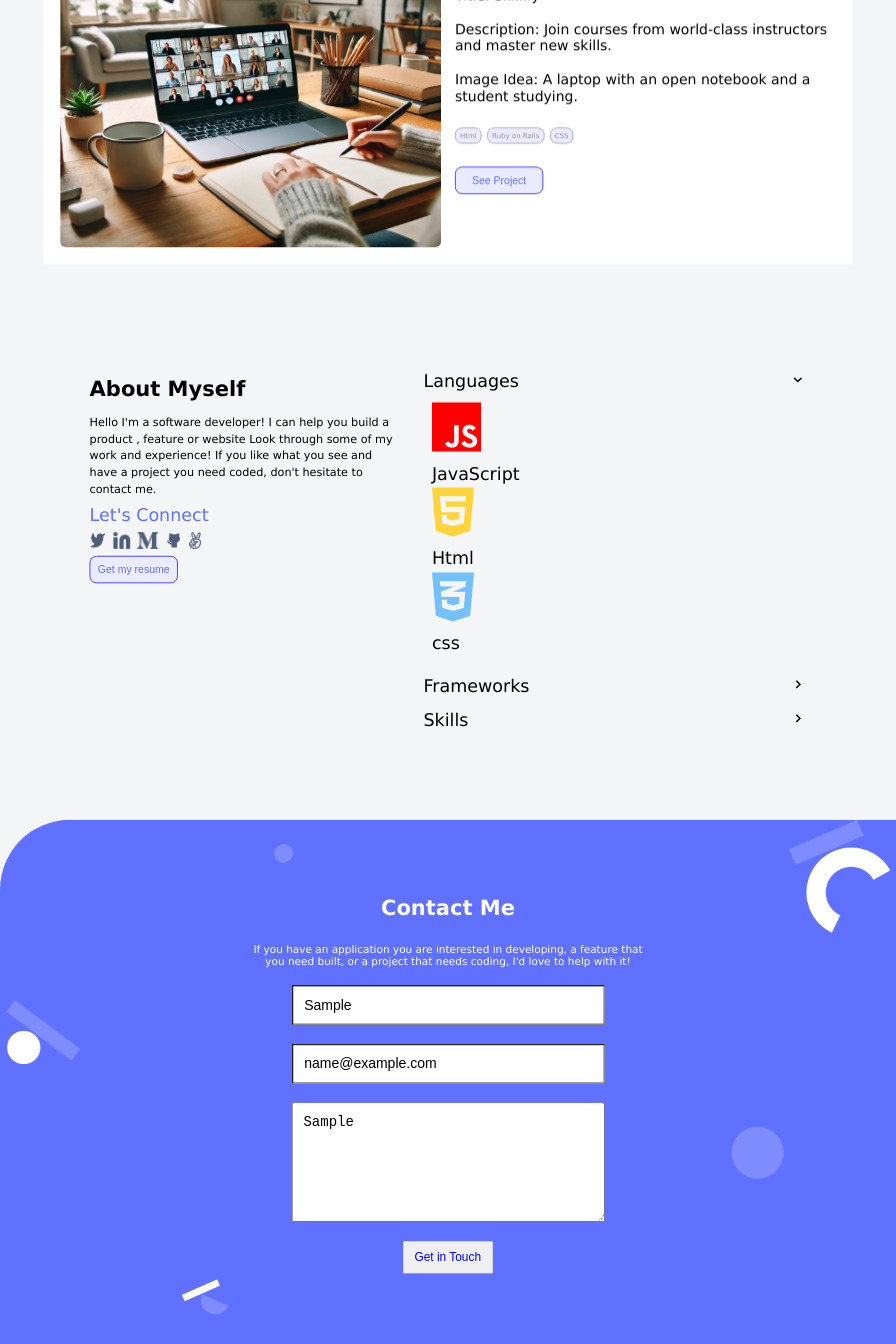
Repository: usman3123/portfolio-template-3
Page: index.html
An editor plug-in stored every save of this project. The page is shown before and after the next save, followed by the edit.
The browser window is 1280 px wide. The pictures show the part of the page from y = 2903 to 4823 px (the page is 4823 px tall before and 4613 px after), at 70% of full size.
Empty fields were first filled with sample values (such as "Sample", 5 or name@example.com).
After loading, the first visible `i.bx` was clicked once.
Some web libraries are served in a nearby version.

Above is the page before, as saved 2025-02-19 19:08:03.

### index.html
<!DOCTYPE html>
<html lang="en">
<head>
  <meta charset="UTF-8">
  <meta name="viewport" content="width=device-width, initial-scale=1.0">
  <title>project 2</title>
  <link rel="stylesheet" href="style.css">
  <link href='https://unpkg.com/boxicons@2.1.4/css/boxicons.min.css' rel='stylesheet'>
  <link rel="stylesheet" href="https://cdnjs.cloudflare.com/ajax/libs/font-awesome/6.6.0/css/all.min.css" integrity="sha512-Kc323vGBEqzTmouAECnVceyQqyqdsSiqLQISBL29aUW4U/M7pSPA/gEUZQqv1cwx4OnYxTxve5UMg5GT6L4JJg==" crossorigin="anonymous" referrerpolicy="no-referrer" />
  <link rel="stylesheet" href="https://cdnjs.cloudflare.com/ajax/libs/font-awesome/6.6.0/css/all.min.css" integrity="sha512-Kc323vGBEqzTmouAECnVceyQqyqdsSiqLQISBL29aUW4U/M7pSPA/gEUZQqv1cwx4OnYxTxve5UMg5GT6L4JJg==" crossorigin="anonymous" referrerpolicy="no-referrer" />

  <link rel="stylesheet" href="https://cdnjs.cloudflare.com/ajax/libs/font-awesome/6.7.2/css/all.min.css">
  <link rel="preconnect" href="https://fonts.googleapis.com">
<link rel="preconnect" href="https://fonts.gstatic.com" crossorigin>
<link href="https://fonts.googleapis.com/css2?family=Poppins:ital,wght@0,100;0,200;0,300;0,400;0,500;0,600;0,700;0,800;0,900;1,100;1,200;1,300;1,400;1,500;1,600;1,700;1,800;1,900&display=swap" rel="stylesheet">
</head>

<body>
<div class="herostyle"></div>
  <section class="wholebody">
    <section class="webpage">
      <!-- Navbar -->

    <div class="hero-page">
      <div class="header-div">
        <nav class="nav-bar flex">
            <h4 class="nav-heading">My Logo</h4>
            <div class="nav-links flex">
                <a  class="link">Portfolio</a>
                <a href="#myabout" class="link">About</a>
                <a href="#mycontact" class="link" >Contact</a>
            </div>
            <i class="fa-solid fa-light fa-bars fa-xl nav-icon" id="nav-icon"></i>
        </nav>
    </div>

      <!-- Main Content -->
      <section id="myportfolio" class="hero-section flex">
        <div class="hero-content flex">
            <h1 class="hero-head"> I'm USMAN!
              Glad to see you.
          </h1>
          <p class="hero-p">
            I'm a software developer! I can help you build a product , feature or website Look through  some of my work and experience! If you like what you see and have a project you need coded, don’t hesitate to contact me.
          </p>
        <p class="let-connect"> LET'S CONNECT</p>

          <div class="icons flex">
              <img src="/assets/twitter.png" class="media-icon">
              <img src="assets/Linkedin.png" class="media-icon">
              <img src="assets/M.png" class="media-icon">
              <img src="assets/Github.png" class="media-icon">
              <img src="assets/V.png" class="media-icon">
          </div>
        </div>
      </section>

    </div>
      <!-- Cards Section -->

      <div class="overlay">
        <section class="cards flex">

        </section>

      </div>

      <!-- ABOUT MYSELF -->

      <section id="myabout" class="about flex">

        <div class="about-intro flex">
          <h1 class="about-head">About Myself</h1>
          <p class="about-paragraph">Hello I'm a software developer! I can help you build a product , feature or website Look through some of my work and experience! If you like what you see and have a project you need coded, don't hesitate to contact me.</p>
            <p class="connect">Let's Connect</p>
            <div class="icons flex icon-gap">
              <img src="assets/twitter.png" class="twitter">
              <img src="assets/Linkedin.png" class="inimage">
              <img src="assets/M.png" class="mimage">
              <img src="assets/Github.png" class="tomimage">
              <img src="assets/V.png" class="protocol">
          </div>
          <button class="content-btn rsm-btn"> Get my resume</button>
        </div>

        <div class="about-skills flex">
          <div class="clicker">
            <div class="about-all flex">
              <p>Languages</p>
              <i class='bx bx-chevron-down remove downicon'></i>
              <i class='bx bx-chevron-right  language-icon'></i>
            </div>
            <div class="about-lang flex">
              <div class="about-lang-img flex">
                <i class="fa-brands fa-js sty-i" style="color: #ff0000;"></i>
                <p>JavaScript</p>
              </div>
              <div class="about-lang-img flex">
                <i class="fa-brands fa-html5 sty-i" style="color: #FFD43B;"></i>
                <p>Html</p>

              </div>
              <div class="about-lang-img flex">
                <i class="fa-brands fa-css3-alt sty-i" style="color: #74C0FC;"></i>
                <p>css</p>
              </div>
            </div>
          </div>
          <div class="about-all flex">
            <p> Frameworks</p>
            <i class='bx bx-chevron-right'></i>
          </div>
          <div class="about-all flex">
            <p>Skills</p>
            <i class='bx bx-chevron-right'></i>
            </div>
            </div>
      </section>


      <!-- Contact section -->

        <section id="mycontact" class="contact-section flex">
        <h1 class="contact-heading">Contact Me</h1>
        <p class="contact-description flex">
            If you have an application you are interested in developing, a feature that you need built, or a project that needs coding, I'd love to help with it!
        </p>
        <form class="contact-form flex">
            <input class="form-input" type="text" placeholder="Your Name">
            <input class="form-input" type="email" placeholder="Your Email">
            <textarea class="form-message" placeholder="Write your message here..."></textarea>
            <button class="form-button flex">Get in Touch</button>
        </form>

    </section>
    </section>

  </section>
  <div class="container"></div>
<script src="index.js"></script>
</body>
</html>

### index.js
arr = [
    {
        img : "/assets/card-1img.webp",
        h2 : "Technology Blog",
        paragraph1 : "Title :Innovating the Future",
        p_description : "Description: Explore groundbreaking advancements in AI and robotics shaping tomorrow.",
        paragraph2 :"Image Idea: A futuristic image showing AI robots collaborating with humans.",
        lang1 : "Html",
        lang2 : "CSS",
        lang3 : "JavaScript",
        lang5 : "Boot Strap",
        button : "See Project",
        year : "2023",
        cardimg : "/assets/card-1img.webp"
    },
    {
        img : "/assets/card-2img.webp",
        h2 : "Photography Portfolio",
        paragraph1 : "Title: Lens Stories",
        p_description : "Description: A collection of awe-inspiring moments captured around the globe.",
        paragraph2 :"Image Idea: A scenic view of mountains or a person with a camera.",
        lang1 : "Html",
        lang2 :"Ruby on Rails",
        lang3 : "CSS",
        lang4 : "JavaScript",
        lang5 : "Boot Strap",
        button : "See Project",
        year : "2024",
        cardimg :"/assets/card-2img.webp"
    },
    {
        img : "/assets/card-3img.webp",
        h2 : "Fitness App",
        paragraph1 : "Title: oveSmart",
        p_description :"Description: Your companion for tracking workouts and achieving fitness goals.",
        paragraph2 :"Image Idea: A person jogging with fitness metrics displayed.",
        lang1 : "Html",
        lang2 :"Ruby on Rails",
        lang3 : "CSS",
        lang4 : "JavaScript",
        lang5 : "Boot Strap",
        button : "See Project",
        year : "2025",
        cardimg : "/assets/card-3img.webp"
    },
    {
        img : "/assets/card-4img.webp" ,
        h2 : "Online Learning",
        paragraph1 : "Title: Skillify",
        p_description : "Description: Join courses from world-class instructors and master new skills.",
        paragraph2 :"Image Idea: A laptop with an open notebook and a student studying.",
        lang1 : "Html",
        lang2 :"Ruby on Rails",
        lang3 : "CSS",
        lang4 : "JavaScript",
        lang5 : "Boot Strap",
        button : "See Project",
        year : "2025",
        cardimg :"/assets/card-4img.webp"
    }
];
const body = document.querySelector("body");
const overlay = document.querySelector(".overlay");
const herooverlay = document.querySelector(".herostyle");
const bodyy = document.querySelector(".wholebody");


document.addEventListener("DOMContentLoaded",()=> {
  const cards = document.querySelector(".cards");
  const bodyy = document.querySelector(".wholebody");

  arr.forEach((element) => {
      cards.innerHTML += `<div class="card flex">
        <img class="card-img" src= ${element.img} alt="CARD_!_IMG">
        <div class="card-content flex">
          <h2 class="card-head">${element.h2}</h2>
          <p class="content-p">${element.paragraph1}</p>
          <p class="content-sp">${element.p_description}</p>
          <p class="content-p">${element.paragraph2}</p>
          <div class="languages flex">
            <p class="lang">${element.lang1}</p>
            <p class="lang">${element.lang2}</p>
            <p class="lang">${element.lang3}</p>
          </div>
          <button id = "cardbtn" class="content-btn">${element.button}</button>
        </div>
      </div>
  `
  });
  document.querySelectorAll("#cardbtn").forEach((btn, index) => {
    btn.addEventListener("click", () => {
      popup(arr[index]);
      bodyy.classList.add("blur");
      document.querySelector(".inner-container").classList.add("style");
      document.querySelector(".container").style.display = "block";
    });
  });
  function popup(element) {
    const popup = document.querySelector(".container");
      popup.innerHTML =
        `<div class="inner-container">
      <div class="icon-head flex">
          <h2 class="heading flex">${element.h2}</h2>
          <i class="fa-solid fa-x" id = "close-popup" ></i>
      </div>
      <div class="languages flex">
          <p class="lang">Canopy</p>
          <p class="lang">Back End Dev</p>
          <p class="lang">${element.year}</p>
      </div>
      <img src= ${element.cardimg} class="wrapimg">
      <div class="languages flex">
          <p class="lang">${element.lang1}</p>
          <p class="lang">${element.lang5}</p>
          <p class="lang">${element.lang2}</p>
      </div>

      <div class="paragraph">
          <p class="p1">${element.paragraph1}</p>
          <p class="p2">${element.p_description}</p>
          <p class="p3">${element.paragraph2}</p>
      </div>

      <div class="buttons flex">
          <div class="livebtn flex">
              <p>See live</p>
              <img src="/assets/Icon - Export.svg" class="btnimg">
          </div>
          <div class="sourcebtn flex">
              <p>See source</p>
              <img src="/assets/Icon -GitHub.png" class="btnimg">
          </div>
      </div>

      </div>`;

      document.querySelector("#close-popup").addEventListener("click", () => {
        popup.style.display = "none";
        bodyy.classList.remove("blur");
      });
    }

    const navicon = document.querySelector(".nav-icon");

    navicon.addEventListener("click",(e)=> {
      herooverlay.classList.add("overlaystyle")
      herooverlay.style.display = "block"
      herooverlay.innerHTML = `
      <i class="fa-solid fa-x" id= "closepopup" ></i>
      <div class = "links-after-click">
        <p><a class = "link" href="#myportfolio" >Portfolio</a></p>
        <p><a class = "link" href="#myabout">About</a></p>
        <p><a class = "link" href="#mycontact">Contact</a></p>
      </div>`
      const closeoverlay = document.querySelector("#closepopup");
      closeoverlay.addEventListener("click",() => {
        herooverlay.classList.remove("overlaystyle");
        herooverlay.style.display = "none"
      })
    })
    const langicon = document.querySelector(".language-icon")
    langicon.addEventListener("click",()=> {
      const langdisplay = document.querySelector(".about-lang")
      langdisplay.classList.add("block")
      langicon.classList.add("remove")
      const downicon = document.querySelector(".downicon")
      downicon.classList.add("remove")
    })
    langicon.addEventListener("click",()=> {
      const langdisplay = document.querySelector(".about-lang")
      langdisplay.classList.add("remove")
      langicon.classList.add("remove")
      const downicon = document.querySelector(".downicon")
      downicon.classList.add("block")
    })
  })

















{/* <div class="inner-container">
<div class="icon-head flex">
    <h2 class="heading flex">Tonic</h2>
    <i class="fa-solid fa-x" ></i>
</div>
<div class="languages flex">
    <p class="lang">Canopy</p>
    <p class="lang">Back End Dev</p>
    <p class="lang">2015</p>
</div>
<img src="/assets/Snapshoot Portfolio.png" class="wrapimg">
<div class="languages flex">
    <p class="lang">HTML</p>
    <p class="lang">Bootstrap</p>
    <p class="lang">Ruby on rails</p>
</div>

<div class="paragraph">
    <p class="p1">Lorem Ipsum is simply dummy text of the printing and typesetting industry. Lorem Ipsum has been the industry's standard dummy text ever since the 1500s, when an unknown printer took a galley of type and scrambled it 1960s.</p>
    <p class="p2">Lorem Ipsum is simply dummy text of the printing and typesetting industry. Lorem Ipsum has been the industry's standard dummy text ever since the 1500s, when an unknown printer took a galley of type and scrambled it 1960s with the releax map lapora verita.</p>
    <p class="p3">Lorem Ipsum is simply dummy text of the printing and typesetting industry. Lorem Ipsum has been the industry's standard dummy text ever since the 1500s, when an unknown printer took a galley of type and scrambled it to make a type specimen book. It has survived not only five centuries, but also the leap into electronic typesetting, remaining essent</p>
</div>

<div class="buttons flex">
    <div class="livebtn flex">
        <p>See live</p>
        <img src="/assets/Icon - Export.svg" class="btnimg">
    </div>
    <div class="sourcebtn flex">
        <p>See source</p>
        <img src="/assets/Icon -GitHub.png" class="btnimg">
    </div>
</div>

</div>
 */}














/* <div class="card flex">
      <img class="card-img" src="/assets/card-1img.webp" alt="CARD_!_IMG">
      <div class="card-content flex">
        <h2 class="card-head">Technology Blog</h2>
        <p class="content-p">Title: "Innovating the Future"</p>
        <p class="content-sp">Description: "Explore groundbreaking advancements in AI and robotics shaping tomorrow."</p>
        <p class="content-p">Image Idea: A futuristic image showing AI robots collaborating with humans.</p>
        <div class="languages flex">
          <p class="lang">Html</p>
          <p class="lang">CSS</p>
          <p class="lang">JavaScript</p>
        </div>
        <button class="content-btn">See Project</button>
      </div>
    </div>
    <div class="card flex">
      <img class="card-img" src="/assets/card-2img.webp" alt="CARD_!_IMG">
      <div class="card-content flex">
        <h2 id="photo-head">Photography Portfolio</h2>
        <p class="content-p">Title: "Lens Stories"<p>
        <p class="content-sp">Description: "A collection of awe-inspiring moments captured around the globe."</p>
        <p class="content-p">Image Idea: A scenic view of mountains or a person with a camera.
        </p>
        <div class="languages flex">
          <p class="lang">Html</p>
          <p class="lang">Ruby on Rails</p>
          <p class="lang">CSS</p>
          <p class="lang">JavaScript</p>
        </div>
        <button class="content-btn">See Project</button>
      </div>
    </div>
    <div class="card flex">
      <img class="card-img" src="/assets/card-3img.webp" alt="CARD_!_IMG">
      <div class="card-content flex">
        <h2 class="card-head">Fitness App</h2>
        <p class="content-p">Title: "MoveSmart"<p>
        <p class="content-sp">Description: "Your companion for tracking workouts and achieving fitness goals."</p>
        <p class="content-p">Image Idea: A person jogging with fitness metrics displayed.</p>
        <div class="languages flex">
          <p class="lang">Html</p>
          <p class="lang">Ruby on Rails</p>
          <p class="lang">CSS</p>
          <p class="lang">JavaScript</p>
        </div>
        <button class="content-btn">See Project</button>
      </div>
    </div>
    <div class="card flex">
      <img class="card-img" src="/assets/card-4img.webp" alt="CARD_!_IMG">
      <div class="card-content flex">
        <h2 class="card-head">Online Learning</h2>
        <p class="content-p">Title: "Skillify"p>
        <p class="content-sp">Description: "Join courses from world-class instructors and master new skills."</p>
        <p class="content-p">Image Idea: A laptop with an open notebook and a student studying.</p>
        <div class="languages flex">
          <p class="lang">Html</p>
          <p class="lang">Ruby on Rails</p>
          <p class="lang">CSS</p>
          <p class="lang">JavaScript</p>
        </div>
        <button class="content-btn">See Project</button>
      </div>
    </div> */

Loaded but not shown: style.css (609 lines, source omitted)

After the next save:
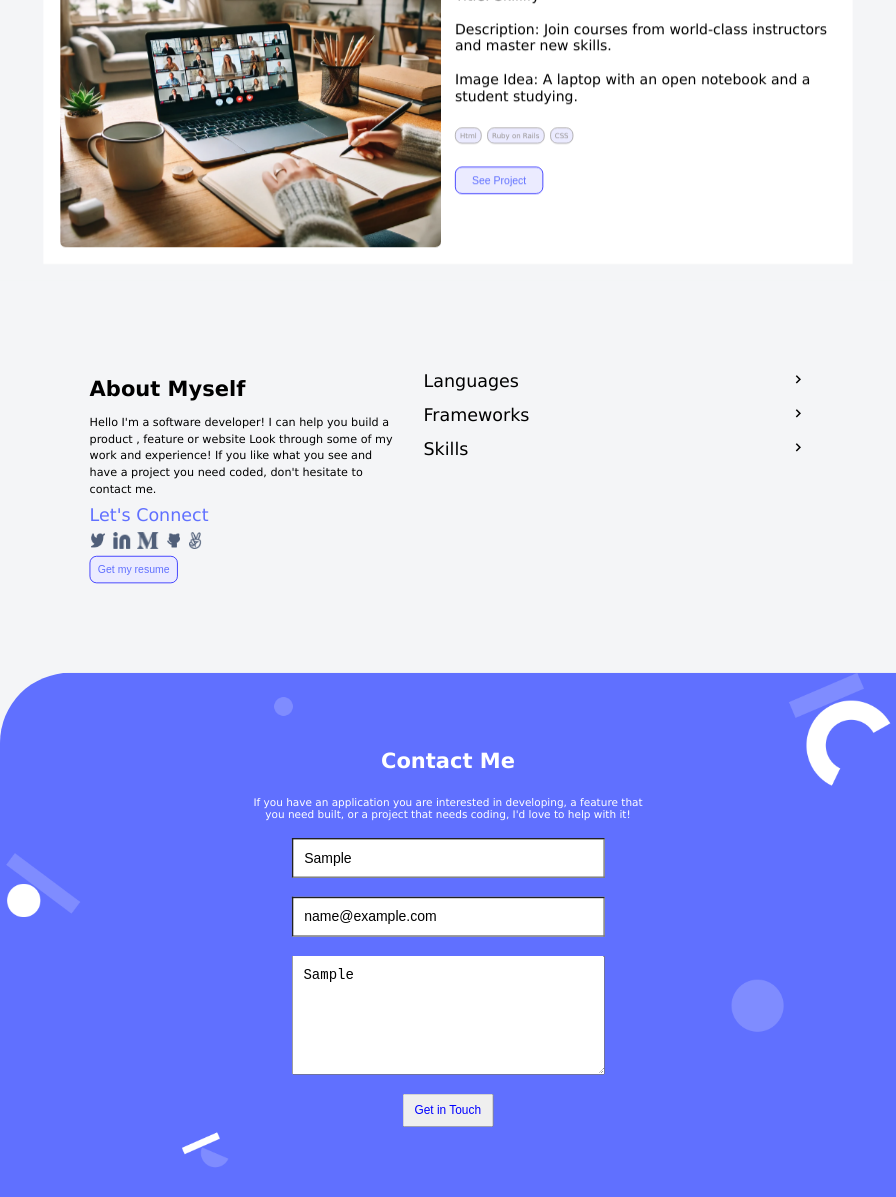
Console error: ReferenceError: langdisplay is not defined
Saved 10 min 3 s later.
--- a/index.js
+++ b/index.js
@@ -159,20 +159,12 @@
       })
     })
     const langicon = document.querySelector(".language-icon")
-    langicon.addEventListener("click",()=> {
-      const langdisplay = document.querySelector(".about-lang")
-      langdisplay.classList.add("block")
-      langicon.classList.add("remove")
-      const downicon = document.querySelector(".downicon")
-      downicon.classList.add("remove")
-    })
-    langicon.addEventListener("click",()=> {
-      const langdisplay = document.querySelector(".about-lang")
-      langdisplay.classList.add("remove")
-      langicon.classList.add("remove")
-      const downicon = document.querySelector(".downicon")
-      downicon.classList.add("block")
-    })
+    langicon.addEventListener("click", () => {
+      langdisplay.classList.toggle("block");
+      langicon.classList.toggle("remove");
+      downicon.classList.toggle("remove");
+      downicon.classList.toggle("block");
+  });
   })
 
 

After the save that followed:
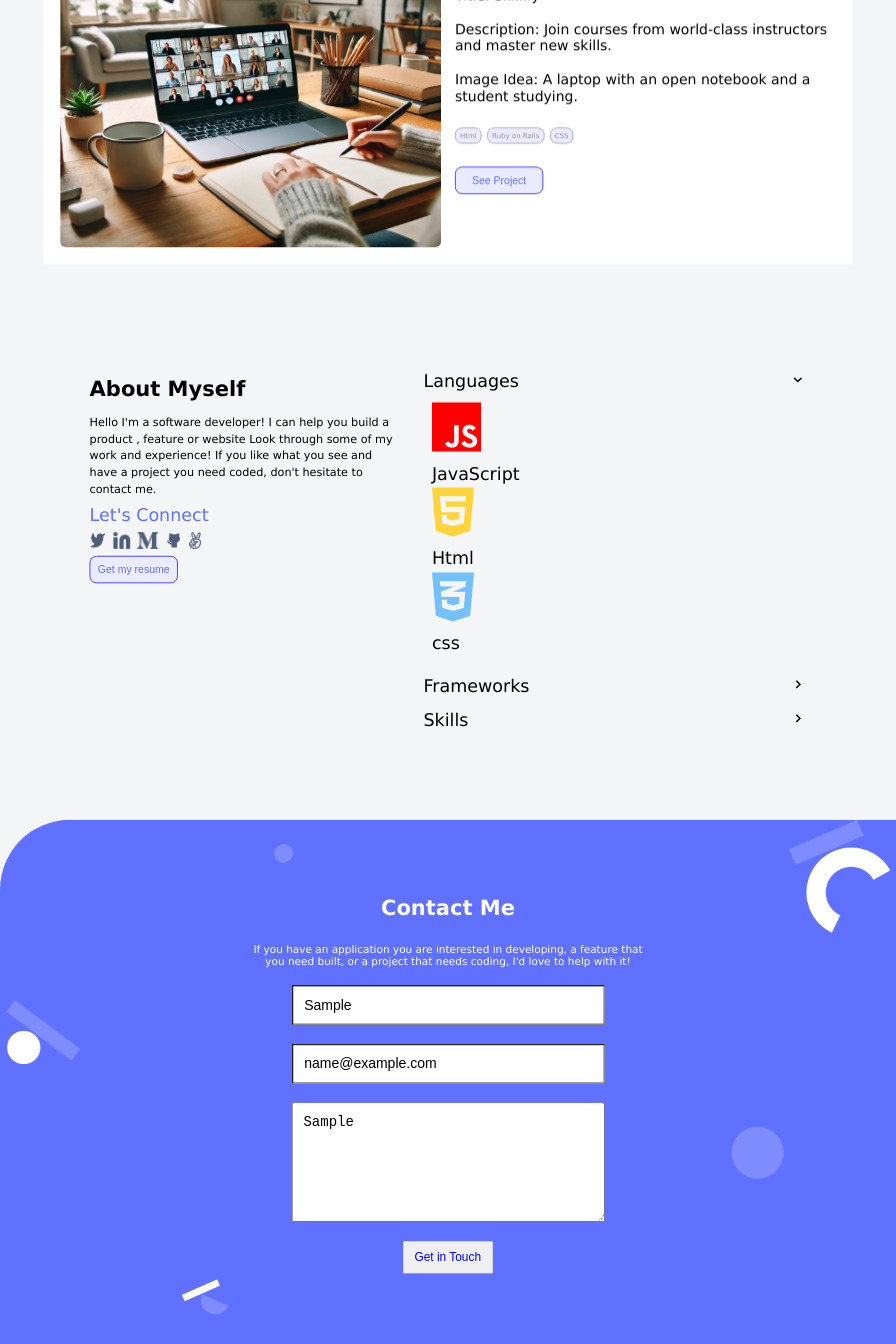
The error is gone.
Saved 89 s later.
--- a/index.js
+++ b/index.js
@@ -159,13 +159,15 @@
       })
     })
     const langicon = document.querySelector(".language-icon")
-    langicon.addEventListener("click", () => {
-      langdisplay.classList.toggle("block");
-      langicon.classList.toggle("remove");
-      downicon.classList.toggle("remove");
-      downicon.classList.toggle("block");
-  });
-  })
+      langicon.addEventListener("click", () => {
+        const langdisplay = document.querySelector(".about-lang")
+        const downicon = document.querySelector(".downicon")
+        langdisplay.classList.toggle("block");
+        langicon.classList.toggle("remove");
+        downicon.classList.toggle("remove");
+        downicon.classList.toggle("block");
+    });
+    })
 
 
 
